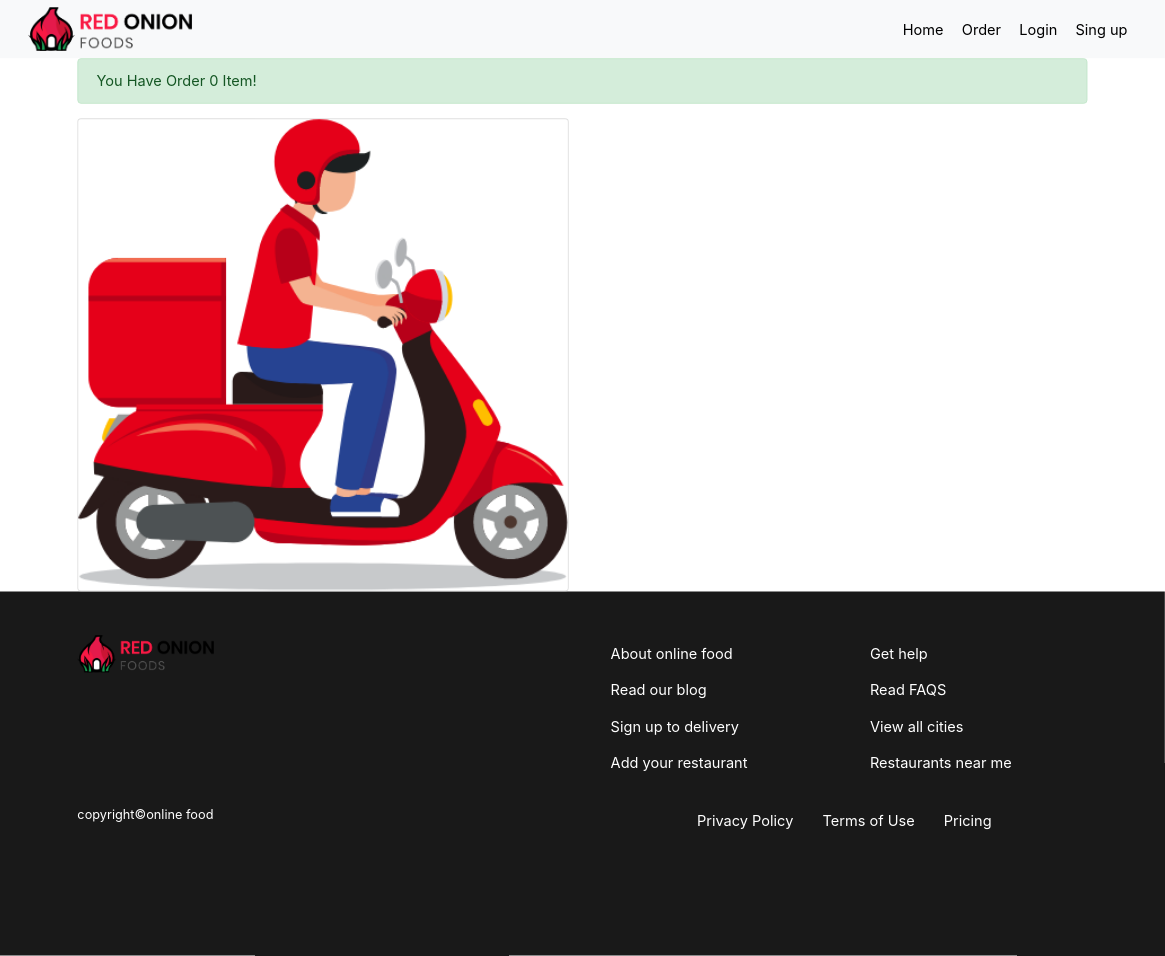
Repository: arif286/red-onion-client
Page: /order
These files come from the project's save history. The page is drawn as it stood at one moment and after the next save; the edit follows.
The browser window is 1280 px wide. The pictures show the whole page, at 91% of full size.
The page's requests for data from a server got no answer. The project was rebuilt for these pictures with package versions that can differ from the ones it lists, and the page was loaded fresh each time. Some packages were replaced by stand-ins written for this rebuild. No one was signed in, and anything a server would have sent is missing. Also part of the build but not shown: src/App.css, src/components/CheckOut/CheckOut.css, src/components/CheckOut/CheckOutForm/CheckOutFrom.js, src/components/CheckOut/CheckOut.js, src/components/SearchBar/SearchBar.css, src/components/SearchBar/SearchBar.js, src/components/FoodDetails/FoodDetail.css, src/components/FoodDetails/FoodDetail.js and 12 more. Imported but missing from the stored project, and not drawn on this page: src/components/CheckOut/Map/Map.

Above is the page before, as saved 2021-04-06 04:18:12.

### public/index.html
<!DOCTYPE html>
<html lang="en">
  <head>
    <meta charset="utf-8" />
    <link rel="icon" href="%PUBLIC_URL%/favicon.ico" />
    <meta name="viewport" content="width=device-width, initial-scale=1" />
    <meta name="theme-color" content="#000000" />
    <meta
      name="description"
      content="Web site created using create-react-app"
    />
    <link rel="apple-touch-icon" href="%PUBLIC_URL%/logo192.png" />
    <!--
      manifest.json provides metadata used when your web app is installed on a
      user's mobile device or desktop. See https://developers.google.com/web/fundamentals/web-app-manifest/
    -->
    <link rel="manifest" href="%PUBLIC_URL%/manifest.json" />

    <!-- <link
      href="https://api.tiles.mapbox.com/mapbox-gl-js/v2.1.1/mapbox-gl.css"
      rel="stylesheet"
    /> -->
    <!--
      Notice the use of %PUBLIC_URL% in the tags above.
      It will be replaced with the URL of the `public` folder during the build.
      Only files inside the `public` folder can be referenced from the HTML.

      Unlike "/favicon.ico" or "favicon.ico", "%PUBLIC_URL%/favicon.ico" will
      work correctly both with client-side routing and a non-root public URL.
      Learn how to configure a non-root public URL by running `npm run build`.
    -->
    <title>Red Onion</title>
  </head>
  <body>
    <noscript>You need to enable JavaScript to run this app.</noscript>
    <div id="root"></div>
    <!--
      This HTML file is a template.
      If you open it directly in the browser, you will see an empty page.

      You can add webfonts, meta tags, or analytics to this file.
      The build step will place the bundled scripts into the <body> tag.

      To begin the development, run `npm start` or `yarn start`.
      To create a production bundle, use `npm run build` or `yarn build`.
    -->
  </body>
</html>

### src/App.js
import "bootstrap/dist/css/bootstrap.min.css";
import React, { createContext, useState } from "react";
import { BrowserRouter as Router, Route, Switch } from "react-router-dom";
import './App.css';
import CheckOut from "./components/CheckOut/CheckOut";
import Map from "./components/CheckOut/Map/Map";
import FoodDetail from "./components/FoodDetails/FoodDetail";
import Footer from "./components/Footer/Footer";
import Header from "./components/Header/Header";
import Home from './components/Home/Home';
import Login from "./components/LogIn/Login";
import Order from "./components/Order/Order";
import SingUp from "./components/SingUp/SingUp";


export const UserContext = createContext();
function App() {
  const [loggedInUser, setLoggedInUser] = useState({});
  return (
    <UserContext.Provider value={[loggedInUser, setLoggedInUser]}>
      <Router>
        <Header />
        <Switch>
          <Route path="/home">
            <Home />
          </Route>
          <Route path="/signUp">
            <SingUp />
          </Route>
          <Route path="/login">
            <Login />
          </Route>
          <Route path="/food/details/:foodId">
            <FoodDetail />
          </Route>
          <Route path='/checkOut'>
            <CheckOut/>
          </Route>
          <Route path='/order'>
            <Order/>
          </Route>
          <Route path='/map'>
            <Map/>
          </Route>
          <Route exact path="/">
            <Home/>
          </Route>
        </Switch>
        <Footer />
      </Router>
    </UserContext.Provider>
  );

}

export default App;

### src/components/Footer/Footer.js
import React from 'react';
import { NavLink } from 'react-bootstrap';
import Logo from '../../onion-restaurent/logo2.png';
import './Footer.css';

const Footer = () => {
    return (
      <footer>
        <div className="container">
          <div className="row pt-5">
            <div className="col-md-6 col-sm-12 pb-4">
              <img className="footer-img" src={Logo} alt="" />
            </div>
            <div className="col-md-3 col-sm-12 pb-4">
              <ul className="nav flex-column">
                <li className="nav-item">
                  <NavLink
                    className="nav-link active footer-link"
                    aria-current="page"
                    to="/"
                  >
                    About online food
                  </NavLink>
                </li>
                <li className="nav-item">
                  <NavLink className="nav-link footer-link" to="/">
                    Read our blog
                  </NavLink>
                </li>
                <li className="nav-item">
                  <NavLink className="nav-link footer-link" to="/">
                    Sign up to delivery
                  </NavLink>
                </li>
                <li className="nav-item">
                  <NavLink className="nav-link footer-link" to="/">
                    Add your restaurant
                  </NavLink>
                </li>
              </ul>
            </div>
            <div className="col-md-3 col-sm-12 pb-4">
              <ul className="nav flex-column">
                <li className="nav-item">
                  <NavLink
                    className="nav-link footer-link"
                    aria-current="page"
                    to="/"
                  >
                    Get help
                  </NavLink>
                </li>
                <li className="nav-item">
                  <NavLink className="nav-link footer-link" to="/">
                    Read FAQS
                  </NavLink>
                </li>
                <li className="nav-item">
                  <NavLink className="nav-link footer-link" to="/">
                    View all cities
                  </NavLink>
                </li>
                <li className="nav-item">
                  <NavLink className="nav-link footer-link" to="/">
                    Restaurants near me
                  </NavLink>
                </li>
              </ul>
            </div>
          </div>

          <div className="row">
            <div className="col-md-7">
              <p className='copy-right'>
                <small>
                  copyright<span>&#169;</span>online food
                </small>
              </p>
            </div>
            <div className="col-md-5">
              <div className='d-flex'>
                <NavLink className="footer-link">Privacy Policy</NavLink>
                <NavLink className="footer-link">Terms of Use</NavLink>
                <NavLink className="footer-link">Pricing</NavLink>
              </div>
            </div>
          </div>
        </div>
      </footer>
    );
};

export default Footer;

### src/components/Header/Header.js
import { faShoppingCart } from "@fortawesome/free-solid-svg-icons";
import { FontAwesomeIcon } from "@fortawesome/react-fontawesome";
import React from 'react';
import { NavLink } from "react-router-dom";
import logo from '../../onion-restaurent/logo2.png';
import './Header.css';
const cart = <FontAwesomeIcon icon={faShoppingCart} />;
const Header = () => {
    const header = {
        logo : {width: '180px'}
    }
    return (
      <div>
        <nav className="navbar navbar-expand-lg navbar-light bg-light">
          <div className="container-fluid">
            <div>
              <img style={header.logo} src={logo} alt="" />
            </div>
            <button
              className="navbar-toggler"
              type="button"
              data-bs-toggle="collapse"
              data-bs-target="#navbarNav"
              aria-controls="navbarNav"
              aria-expanded="false"
              aria-label="Toggle navigation"
            >
              <span className="navbar-toggler-icon"></span>
            </button>
            <div
              className="collapse  navbar-collapse justify-content-end"
              id="navbarNav"
            >
              <ul className="navbar-nav align-items-center">
                <li className="nav-item">
                  <NavLink className="header-link" to="/">
                    Home
                  </NavLink>
                </li>
                <li className="nav-item">
                  <NavLink className="header-link" to="/order">
                    Order
                  </NavLink>
                </li>
                <li className="nav-item">
                  <NavLink className="header-link" to="/login">
                    Login
                  </NavLink>
                </li>
                <li className="nav-item">
                  <NavLink className="header-link" to="/signUp">
                    Sing up
                  </NavLink>
                </li>
              </ul>
            </div>
          </div>
        </nav>
      </div>
    );
};

export default Header;

### src/components/Order/Order.js
import axios from "axios";
import React, { useContext, useEffect, useState } from "react";
import { Alert, Card, Col, Container, Row } from "react-bootstrap";
import { UserContext } from "../../App";
import delivery from "../../onion-restaurent/Image/Group 1151.png";


const Order = () => {
  const [order, setOrder] = useState([]);
  const [loggedInUser, setLoggedInUser] = useContext(UserContext);

  useEffect(() => {
    axios.get(`http://localhost:5000/orderDetails?email=${loggedInUser.email}`)
      .then(res => {
        console.log(res.data)
        setOrder(res.data)
      })
      .catch(err => console.log(err));
  }, [loggedInUser.email]);
  const {address, date, foodName, picture, name, totalPrice} = order;
  return (
    <Container>
      <Alert variant="success">You Have Order {order.length} Item!</Alert>
      <Row className="justify-content-between">
        {order.map((item) => (
          <Col xs={12} md={3}>
            <Card className="d-flex">
              <img src={item.picture} alt="" />
              <Card.Body>
                <Card.Title>{item.foodName}</Card.Title>
                <Card.Text>quantity: ${item.quantity}</Card.Text>
                <Card.Text>Total Price: ${item.totalPrice}</Card.Text>
              </Card.Body>
            </Card>
          </Col>
        ))}
      </Row>
      <Row mt={5}>
        <Col xs={6}>
          <Card>
            <img src={delivery} alt="" />
          </Card>
        </Col>
      </Row>
    </Container>
  );
};

export default Order;

### src/components/Footer/Footer.css
.footer-img {
  width: 150px;
}
footer {
  background-color: #191919;
  height: 400px;
}
.footer-link {
  color: white;
}
.footer-link:hover {
  color: #878787;
}
.copy-right {
  color: white;
}

### src/components/Header/Header.css
.header-link {
  color: black;
  display: inline-block;
  padding: 10px;
}
.header-link:hover {
  text-decoration: none;
  color: #777777;
}
.cart-btn {
  border: none;
  background: none;
}

Loaded but not shown: src/index.js (common file); src/index.css (common file); src/reportWebVitals.js (common file)

After the next save:
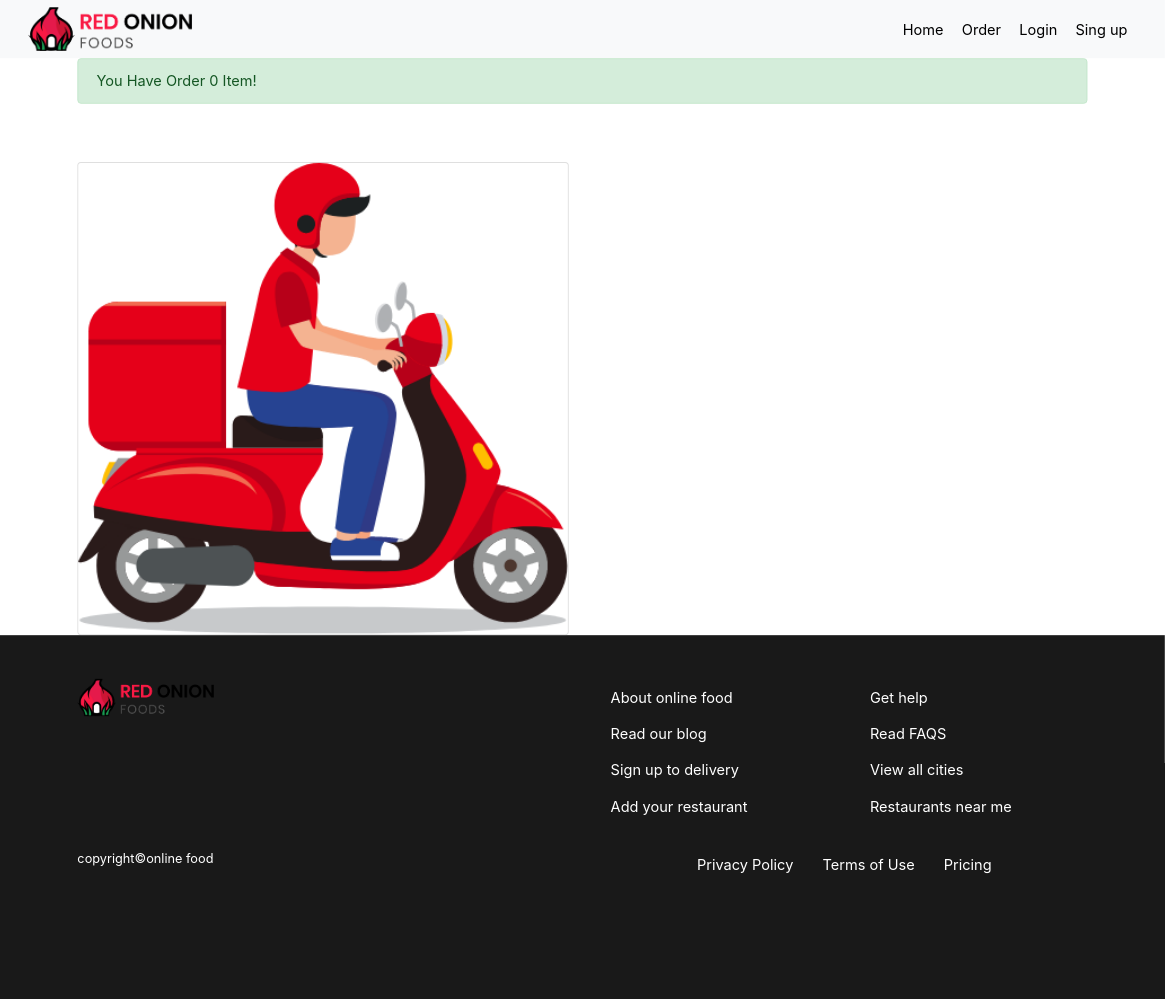
Saved 16 s later.
--- a/src/components/Order/Order.js
+++ b/src/components/Order/Order.js
@@ -35,7 +35,7 @@ const Order = () => {
           </Col>
         ))}
       </Row>
-      <Row mt={5}>
+      <Row className='mt-5'>
         <Col xs={6}>
           <Card>
             <img src={delivery} alt="" />
